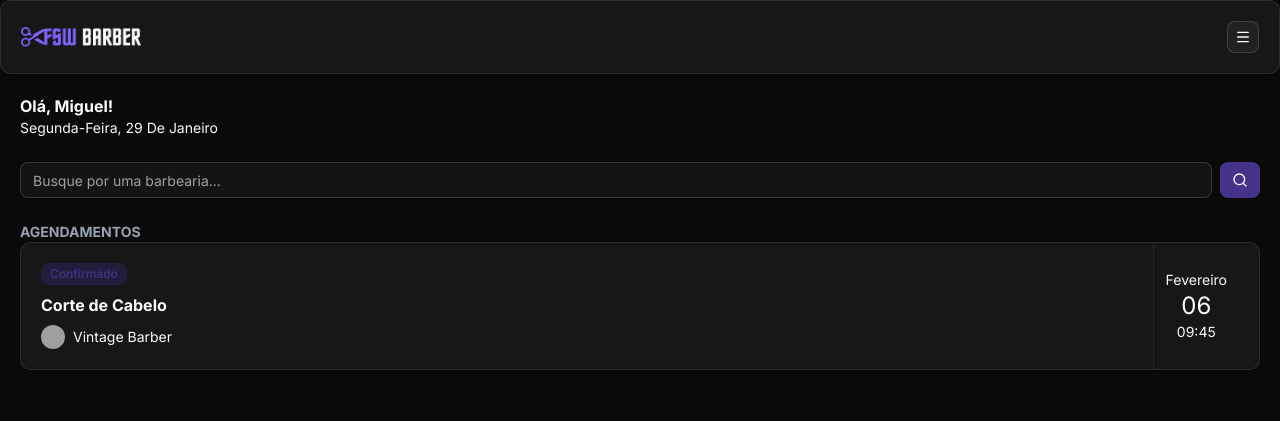
Repository: PaulinhoMachadooo/Barber
Page: /
An editor plug-in stored every save of this project. The page is shown before and after the next save, followed by the edit.
The browser window is 1280 px wide. The pictures show the whole page.
Pictures or frames that could not be fetched are drawn as grey boxes. The project was rebuilt for these pictures with package versions that can differ from the ones it lists, and the page was loaded fresh each time. The framework's server and built-in components were replaced by stand-ins that run in the browser. Also part of the build but not shown: next.config.ts.

Above is the page before, as saved 2025-04-13 21:40:37.

After the next save:
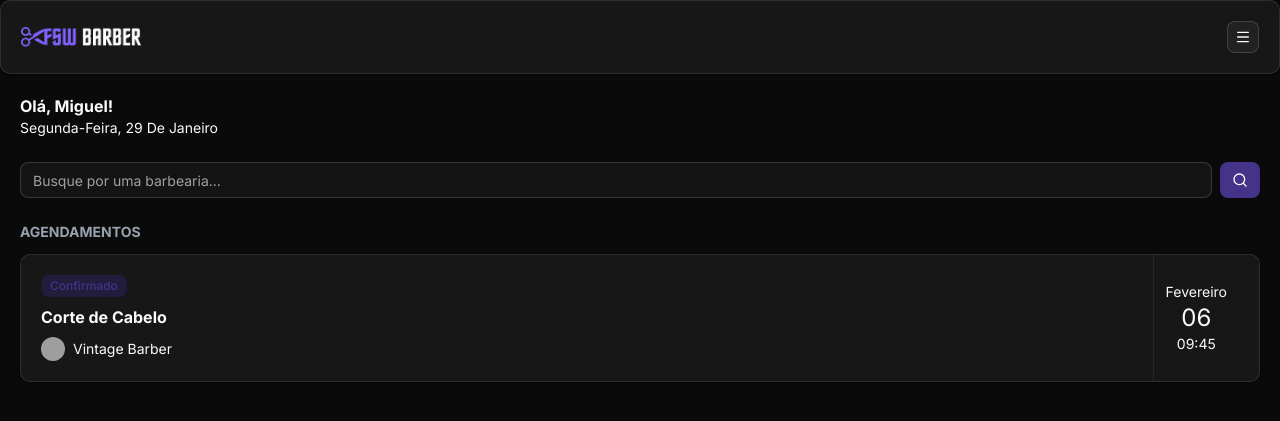
Saved 34 s later.
--- a/app/(home)/page.tsx
+++ b/app/(home)/page.tsx
@@ -26,7 +26,7 @@ export default function Home() {
         </div>
 
         <div className="px-5 mt-6">
-            <h2 className="text-sm uppercase text-gray-400 font-bold">Agendamentos</h2>
+            <h2 className="text-sm mb-3 uppercase text-gray-400 font-bold">Agendamentos</h2>
             <BookingItem />
         </div>
     </div>
